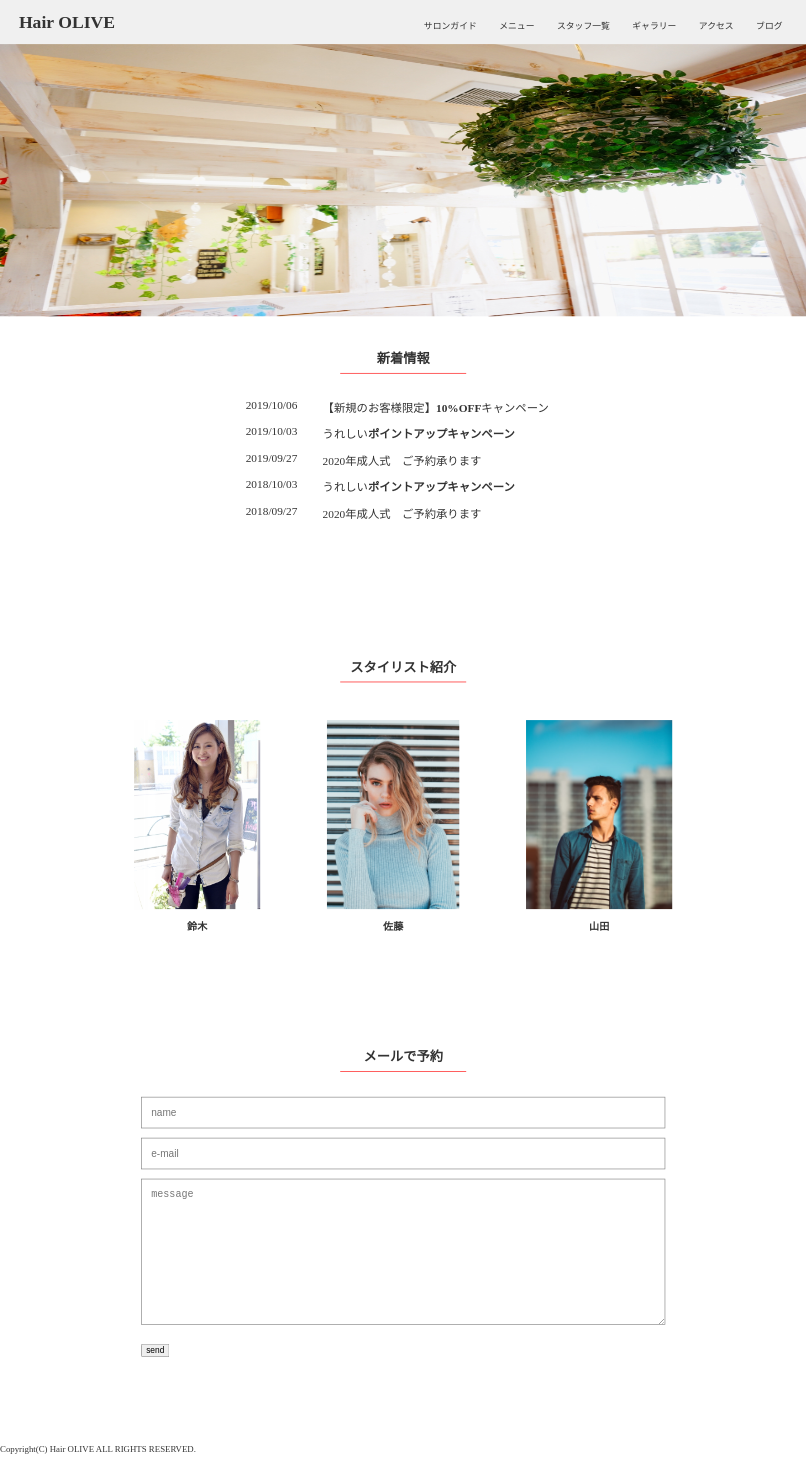
Repository: m-mao/firsa_app
Page: html_css/hair_olive/index.html
The author's editor kept a record of every edit. The page is drawn from the files as they stood at one moment, then again after the next edit.
The browser window is 1280 px wide. The pictures show the whole page, at 63% of full size.

Above is the page before.

### html_css/hair_olive/index.html
<!DOCTYPE HTML>
<html>
  <head>
    <meta charset="UTF-8">
    <link rel="stylesheet" href="style.css">
    <title>Hair OLIVE</title>
  </head>
  <body>
  <header>
      <div class="heading">
        <h1 class="title">Hair OLIVE</h1>
      </div>
      <div class="navbar">
        <ul class="nav-lists">
          <li>サロンガイド</li>
          <li>メニュー</li>
          <li>スタッフ一覧</li>
          <li>ギャラリー</li>
          <li>アクセス</li>
          <li>ブログ</li>
        </ul>
      </div>
  </header>

  <div class="contents">
      <div class="first-view">
        <img src="images/hero.jpg" alt="トップ画面" class="top-image"></img>
      </div>
      <div class="upper-content">
        <h2 class="heading-name">新着情報</h2>
        <ul class="messages">
          <li class="message">
            <div class="message-date">2019/10/06</div>
            <div>【新規のお客様限定】<b>10%OFF</b>キャンペーン</div>
          </li>
          <li class="message">
            <div class="message-date">2019/10/03</div>
            <div>うれしい<b>ポイントアップキャンペーン</b></div>
          </li>
          <li class="message">
            <div class="message-date">2019/09/27</div>
            <div>2020年成人式　ご予約承ります</div>
          </li>
          <li class="message">
            <div class="message-date">2018/10/03</div>
            <div>うれしい<b>ポイントアップキャンペーン</b></div>
          </li>
          <li class="message">
            <div class="message-date">2018/09/27</div>
            <div>2020年成人式　ご予約承ります</div>
          </li>
        </ul>
      </div>
      <div class="middle-content">
        <h2 class="heading-name">スタイリスト紹介</h2>
        <ul class="stylist-list">
          <li>
            <img src="images/staff1.jpg" alt="staff1" class=stylist-image>
            <h4 class="stylist-name">鈴木</h4>
          </li>
          <li>
            <img src="images/staff2.jpg" alt="staff2" class=stylist-image>
            <h4 class="stylist-name">佐藤</h4>
          </li>
          <li>
            <img src="images/staff3.jpg" alt="staff3" class=stylist-image>
            <h4 class="stylist-name">山田</h4>
          </li>
        </ul>
      </div>
      <div class="bottom-content">
        <form class="contact-form">
          <h2 class="heading-name">メールで予約</h2>
          <input type="text" placeholder="name" class="small-field">
          <input type="text" placeholder="e-mail" class="small-field">
          <textarea placeholder="message" class="large-field"></textarea>
          <input type="submit" value="send" class="send"/>
        </form>
        <!-- 『フォーム』を表示する -->
      </div>
    </div>
    <footer>
      <p>Copyright(C) Hair OLIVE ALL RIGHTS RESERVED.</p>
    </footer>
  </body>
</html>

### html_css/hair_olive/style.css
/* リセットCSS */
body {
  font-size: 14px;
  color: #333;
  margin: 0 auto;
}
h1,h2,h3,h4,h5,h6,p {
  padding: 10px 0;
  margin: 0;
}

ul,li {
  padding: 0;
  margin: 0;
}

/* ヘッダー */
header {
    height: 50px;
    background-color: #f0f0f0;
    padding: 10px 0;
    display: flex;
}

.heading {
    width: 50%;
    margin-left: 30px;
}

.navbar {
    width: 50%;
    padding: 20px;
}

.nav-lists {
    display: flex;
    justify-content: space-around;
}

li {
    list-style: none;
}

/* first-viewクラスからbottom-contentクラスまでの要素の親要素*/
.contents {
    background-color: white;
}

.first-view {
    height: 60vh;
    background-color: pink;
}

.top-image {
    height: 100%;
    width: 100%;
}

/* 新着情報 */
.upper-content {
    height:450px;
    margin: 0 160px;
}

.heading-name {
    text-align: center;
    border-bottom: 1px solid red;
    width: 200px;
    margin: 40px auto;
}

.messages {
    width: 50vw;
    margin: 0 auto;
}

.message {
    display: flex;
    font-size: 18px;
    margin: 0 0 16px 70px;
}

.message-date {
    padding-right: 40px;
}

/* スタイリスト紹介 */
.middle-content {
    height:450px;
    margin: 0 160px;
}

.stylist-list {
    display: flex;
    justify-content: space-around;
    margin: 60px 0;
}

.stylist-image {
    height: 300px;
}

.stylist-name {
    font-size: 16px;
    text-align: center;
}

/* フォーム */
.bottom-content {
    height:800px;
    margin: 0 160px;
    display: flex;
    justify-content: center;
    align-items: center;
}

.small-field,
.large-field {
  width: 800px;
  font-size: 16px;
  padding: 15px;
  border: 1px solid gray;
  display: block;
}

.small-field {
  margin: 0 auto 15px;
}

.large-field {
  height: 200px;
  margin: 0 auto 30px;
}


/* フッター */
footer {
    height:50px;
    background-color: white;
}

After the next edit:
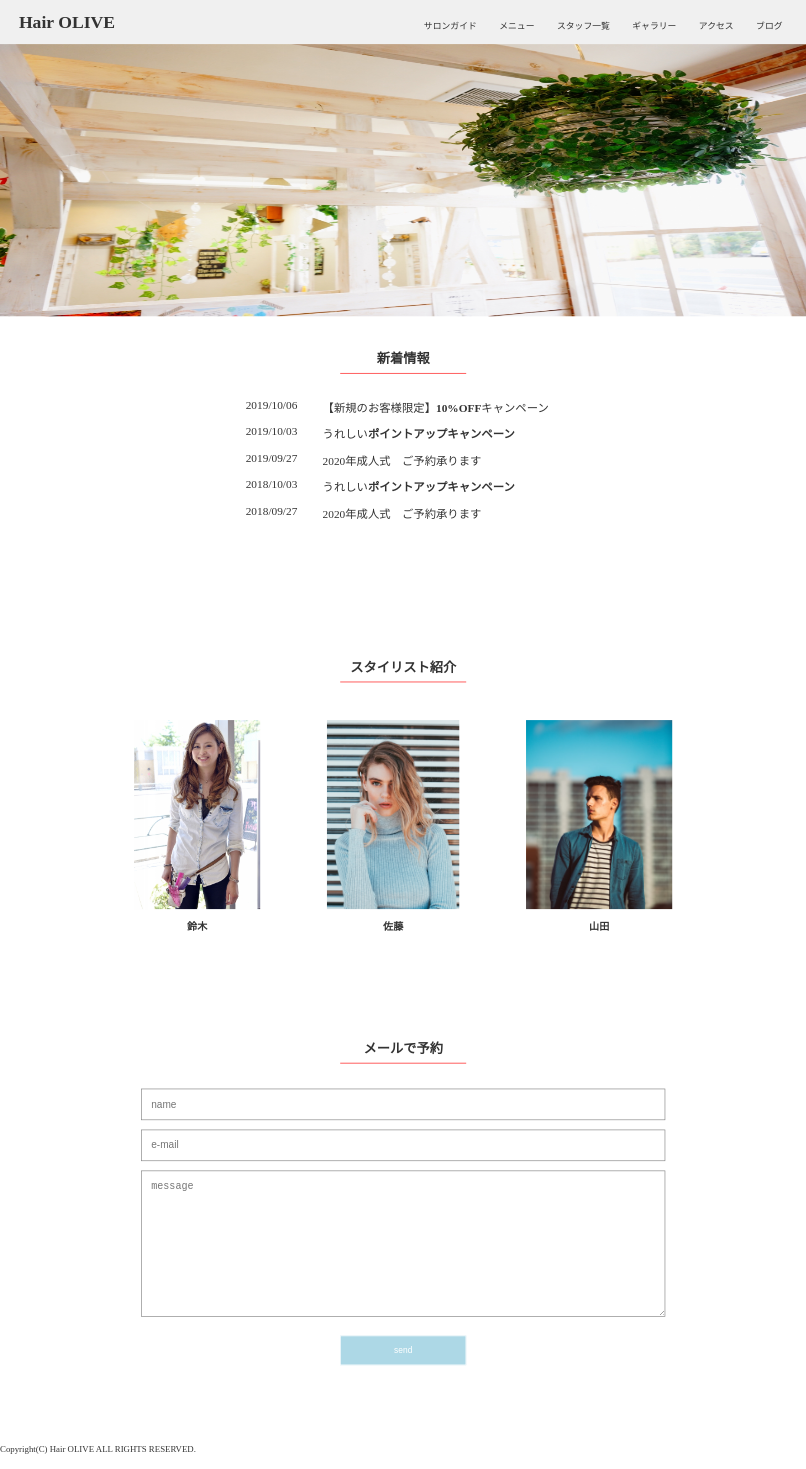
The edit:
--- a/html_css/hair_olive/style.css
+++ b/html_css/hair_olive/style.css
@@ -132,6 +132,15 @@
   margin: 0 auto 30px;
 }
 
+.send {
+  width: 200px;
+  margin: 0 auto;
+  padding: 15px;
+  border: 1px solid white;
+  background-color: lightblue;
+  color:white;
+  display: block;
+}
 
 /* フッター */
 footer {
